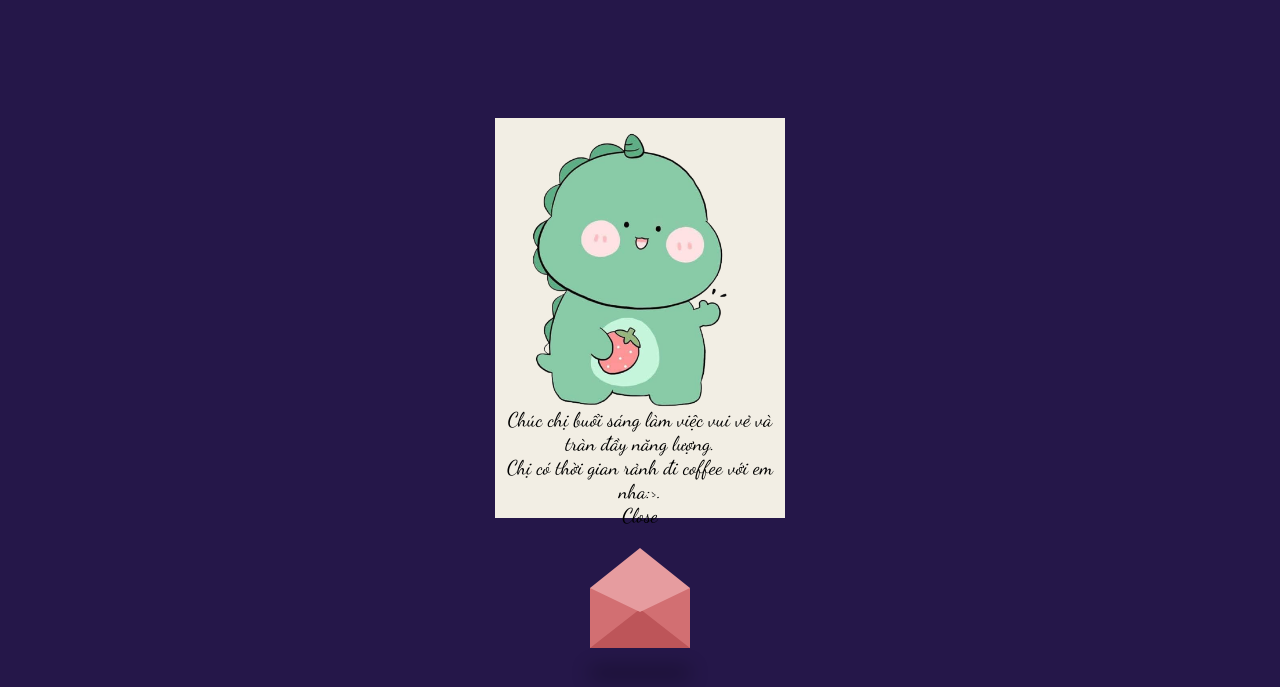
Repository: Dangtrinh28/letter
Page: index.html
These files come from the project's save history. The page is drawn as it stood at one moment and after the next save; the edit follows.
The browser window is 1280 px wide. The pictures show the whole page.
The first `input` is checked.

Above is the page before, as saved 2022-12-16 00:09:59.

### index.html
<!DOCTYPE html>
<html lang="en">
<head>
    <meta charset="UTF-8">
    <meta http-equiv="X-UA-Compatible" content="IE=edge">
    <meta name="viewport" content="width=device-width, initial-scale=1.0">
    <title>Good Morning</title>
    <link rel="stylesheet" href="./main.css">
</head>
<body>
    <div class="message">
        <div class="box">
            <input hidden type="checkbox" name="" id="message">
            <div class="content">
                <img src="./khunglong.png"  class="img" alt="">
                <div class="desc">Chúc chị buổi sáng làm việc vui vẻ và tràn đầy năng lượng. <br> Chị có thời gian rảnh đi coffee với em nha:>.
                    <label for="message">Close</label>
                </div>
            </div>
            <label for="message" class="design-Box"></label>
        </div>
    </div>
</body>
</html>

### main.css
@import url('https://fonts.googleapis.com/css2?family=Dancing+Script:wght@400;500&family=Roboto:wght@300;400;500;700&display=swap');
body {
    overflow: hidden;
    background-color: #251749;
}

.box {
    position: absolute;
    top: 90%;
    left: 50%;
    transform: translate(-50%,-50%);
    width: 100px;
}

.box::before {
    position: absolute;
    content: "";
    background-color: #e69c9f;
    width: 100px;
    height: 100px;
    bottom: 0;
    left: 0;
    clip-path: polygon(0 40%, 50% 0, 100% 40%, 100% 100%, 0 100%);
}

.box::after {
    position: absolute;
    width: 100px;
    background-color: #000;
    content: "";
    height: 10px;
    bottom: -30px;
    opacity: 0.4;
    filter: blur(10px);
}

.content {
    position: absolute;
    background: #f2eee4;
    width: 80%;
    left: 50%;
    bottom: 0;
    transform: translate(-50%, -10px);
    height: 80px;
    transition: 0.5s;
}

.design-Box {
    position: absolute;
    bottom: 0;
    left: 0;
    width: 100%;
    height: 60px;
    background-color: #d26f72;
    display: block;
    clip-path: polygon(50% 40%, 100% 0, 100% 100%, 0 100%, 0 0);
}

.design-Box::after {
    position: absolute;
    bottom: 0;
    left: 0;
    width: 100%;
    height: 65%;
    background-color: #bd5559;
    content: "";
    clip-path: polygon(0 100%, 50% 0%, 100% 100%);
}
.box:hover .content{
    cursor: pointer;
    transform: translate(-50%, -30px);
}

input {
    position: absolute;
    left: -10px;
}

input:checked ~ .content {
    bottom: 130px;
    width: 290px;
    height: 400px;
    margin: 0;
    left: 50%;
    transform: translate(-50%);
}

.img {
    display: none;
    width: 100%;
    text-align: center;
    object-fit: contain;
}

.desc {
    display: none;
    width: 100%;
    text-align: center;
    font-size: 20px;
    font-family: 'Dancing Script', cursive;
    font-weight: 400;
}

.content label {
    display: none;
    width: 100%;
    text-align: center;
    display: block;
}

input:checked ~ .content .img,
input:checked ~ .content .desc,
input:checked ~ .content label {
    display: block;
    opacity: 0;
    animation: showContent 1s ease-in-out 0.5s 1 forwards;
}

input:checked ~ .content .desc {
    animation-delay: showContent 1s !important;
}

input:checked ~ .content label {
    animation-delay: showContent 1.2s !important;
}

@keyframes showContent {
    from {
        opacity: 0;
        transform: translate(0, 50px);
    }
    to {
        opacity: 1;
        transform: translate(0,0);
    }
}

After the next save:
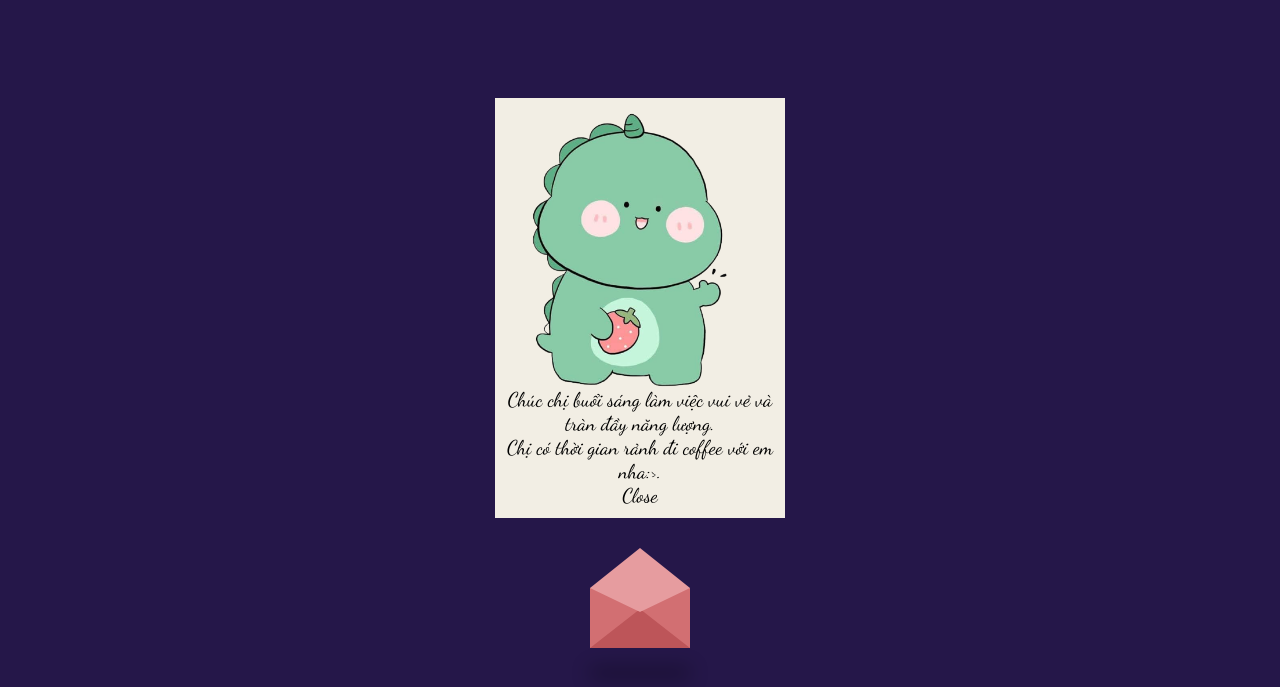
Saved 16 s later.
--- a/main.css
+++ b/main.css
@@ -79,7 +79,7 @@ input {
 input:checked ~ .content {
     bottom: 130px;
     width: 290px;
-    height: 400px;
+    height: 420px;
     margin: 0;
     left: 50%;
     transform: translate(-50%);
